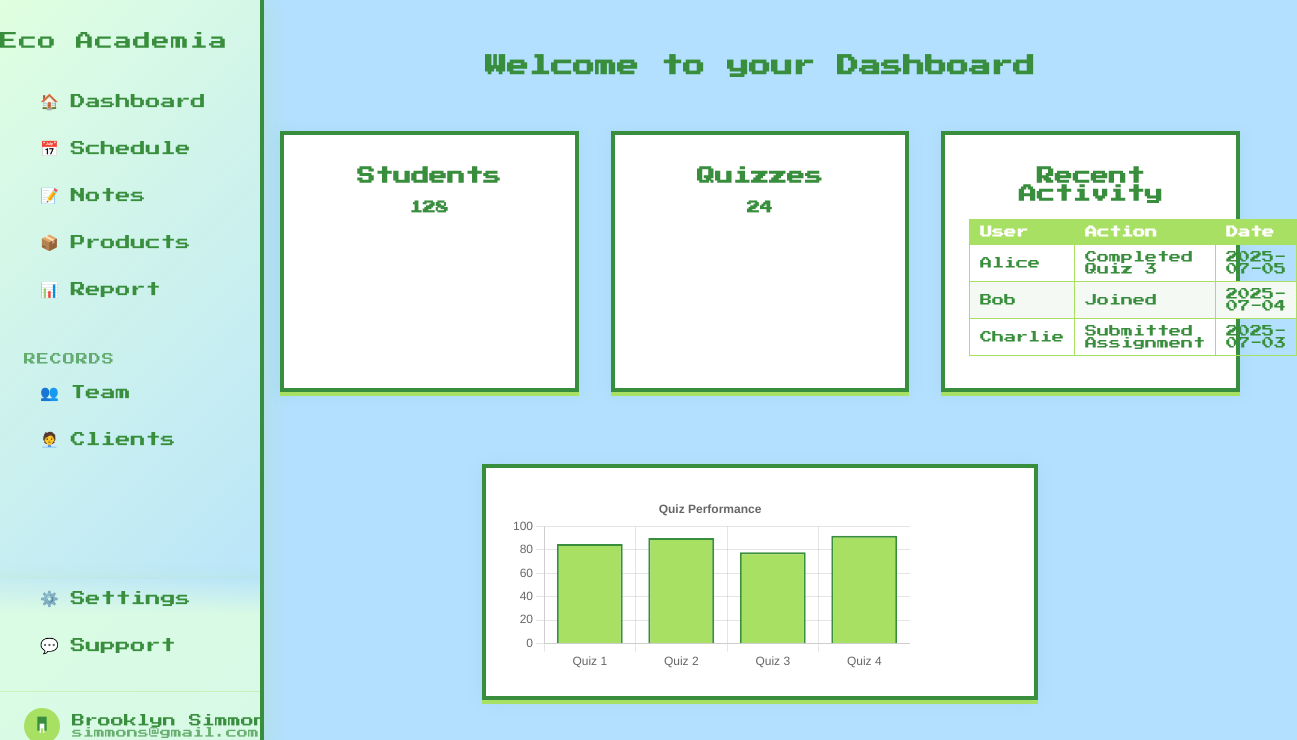
Repository: hotaruhshs/eco-academia
Page: admin/dashboard.html
These files come from the project's save history. The page is drawn as it stood at one moment and after the next save; the edit follows.
The browser window is 1280 px wide. The page is 1297 px wide, so the pictures cover 1297 px, including what lies to the right of the window. The pictures show the whole page.

Above is the page before, as saved 2025-07-06 02:03:26.

### admin/dashboard.html
<!DOCTYPE html>
<html lang="en">
  <head>
    <meta charset="UTF-8" />
    <meta name="viewport" content="width=device-width, initial-scale=1.0" />
    <title>Eco Academia Dashboard</title>
    <link rel="stylesheet" href="css/dashboard.css" />
    <link
      href="https://fonts.googleapis.com/css2?family=Press+Start+2P&display=swap"
      rel="stylesheet"
    />
  </head>
  <body>
    <div class="sidebar">
      <div class="sidebar-header">
        <span class="sidebar-title">Eco Academia</span>
      </div>
      <div class="sidebar-content">
        <div class="sidebar-section">
          <ul>
            <li>
              <a href="#"><span>🏠</span> Dashboard</a>
            </li>
            <li>
              <a href="#"><span>📅</span> Schedule</a>
            </li>
            <li>
              <a href="#"><span>📝</span> Notes</a>
            </li>
            <li>
              <a href="#"><span>📦</span> Products</a>
            </li>
            <li>
              <a href="#"><span>📊</span> Report</a>
            </li>
          </ul>
        </div>
        <div class="sidebar-section">
          <div class="sidebar-section-title">RECORDS</div>
          <ul>
            <li>
              <a href="#"><span>👥</span> Team</a>
            </li>
            <li>
              <a href="#"><span>🧑‍💼</span> Clients</a>
            </li>
          </ul>
        </div>
      </div>
      <div class="sidebar-bottom">
        <div class="sidebar-section">
          <ul>
            <li>
              <a href="#"><span>⚙️</span> Settings</a>
            </li>
            <li>
              <a href="#"><span>💬</span> Support</a>
            </li>
          </ul>
        </div>
        <div class="sidebar-profile">
          <div class="sidebar-profile-img">
            <img
              src="images/leaf.svg"
              alt="Profile"
              width="28"
              height="28"
              style="image-rendering: pixelated"
            />
          </div>
          <div class="sidebar-profile-info">
            <span class="sidebar-profile-name">Brooklyn Simmons</span>
            <span class="sidebar-profile-email">simmons@gmail.com</span>
          </div>
        </div>
      </div>
    </div>
    <div class="main-content">
      <h1>Welcome to your Dashboard</h1>
      <div class="metrics-cards">
        <div class="card metric-card">
          <h3>Students</h3>
          <p class="metric-value">128</p>
        </div>
        <div class="card metric-card">
          <h3>Quizzes</h3>
          <p class="metric-value">24</p>
        </div>
        <div class="card metric-card">
          <h3>Recent Activity</h3>
          <table class="activity-table">
            <thead>
              <tr>
                <th>User</th>
                <th>Action</th>
                <th>Date</th>
              </tr>
            </thead>
            <tbody>
              <tr>
                <td>Alice</td>
                <td>Completed Quiz 3</td>
                <td>2025-07-05</td>
              </tr>
              <tr>
                <td>Bob</td>
                <td>Joined</td>
                <td>2025-07-04</td>
              </tr>
              <tr>
                <td>Charlie</td>
                <td>Submitted Assignment</td>
                <td>2025-07-03</td>
              </tr>
            </tbody>
          </table>
        </div>
      </div>
      <div class="charts-section">
        <canvas id="progressChart" width="400" height="180"></canvas>
      </div>
    </div>
    <script src="js/dashboard.js"></script>
  </body>
</html>

### admin/css/dashboard.css
body {
  margin: 0;
  font-family: "Press Start 2P", "Segoe UI", Tahoma, Geneva, Verdana, sans-serif;
  background: #b3e0ff;
  color: #23272e;
  min-height: 100vh;
  height: 100dvh;
  /* Remove flex layout from body to allow normal block flow */
}

body::before,
body::after {
  display: none;
}
@import url("https://fonts.googleapis.com/css2?family=Press+Start+2P&display=swap");

.sidebar {
  position: fixed;
  left: 0;
  top: 0;
  width: 260px;
  min-height: 100vh;
  height: 100vh;
  display: flex;
  flex-direction: column;
  align-items: stretch;
  justify-content: flex-start;
  background: linear-gradient(135deg, #e0ffe0 0%, #b3e0ff 100%);
  color: #388e3c;
  padding: 32px 0 0 0;
  box-shadow: 4px 0 24px #a8e06333;
  border-right: 4px solid #388e3c;
  overflow-y: auto;
}
.sidebar-content {
  flex: 1 1 auto;
  display: flex;
  flex-direction: column;
  justify-content: flex-start;
}
.sidebar-bottom {
  width: 100%;
  display: flex;
  flex-direction: column;
  align-items: stretch;
  gap: 0;
  background: linear-gradient(0deg, #e0ffe0cc 80%, transparent 100%);
  box-shadow: 0 -2px 12px #a8e06322;
  padding-bottom: 8px;
  /* Fix: ensure .sidebar-bottom is always at the very bottom */
  flex-shrink: 0;
}
.sidebar-header {
  display: flex;
  align-items: center;
  gap: 12px;
  margin-bottom: 32px;
}
.sidebar-logo {
  width: 40px;
  height: 40px;
  background: #a8e063;
  border-radius: 12px;
  display: flex;
  align-items: center;
  justify-content: center;
}
.sidebar-title {
  font-family: "Press Start 2P", cursive;
  font-size: 18px;
  color: #388e3c;
  letter-spacing: 1px;
}
.sidebar-section {
  width: 100%;
  padding: 0 24px;
  margin-bottom: 18px;
  flex-shrink: 0;
}
.sidebar-section-title {
  font-size: 12px;
  color: #388e3c;
  opacity: 0.7;
  margin: 18px 0 8px 0;
  font-family: "Press Start 2P", cursive;
  letter-spacing: 1px;
}
.sidebar ul {
  list-style: none;
  padding: 0;
  margin: 0;
  width: 100%;
}
.sidebar ul li {
  margin: 0 0 8px 0;
  transition: background 0.2s, transform 0.2s;
  border-radius: 8px;
}
.sidebar ul li a {
  color: #388e3c;
  text-decoration: none;
  font-size: 15px;
  display: flex;
  align-items: center;
  gap: 12px;
  padding: 10px 16px;
  border-radius: 8px;
  font-family: "Press Start 2P", cursive;
  background: transparent;
  transition: background 0.2s, color 0.2s;
}
.sidebar ul li a:hover,
.sidebar ul li a:focus {
  background: #a8e06333;
  color: #23272e;
  outline: none;
}
.sidebar-profile {
  width: 100%;
  padding: 16px 24px 0 24px;
  display: flex;
  align-items: center;
  gap: 12px;
  border-top: 1px solid #a8e06355;
  background: transparent;
  flex-shrink: 0;
}
.sidebar-profile-img {
  width: 36px;
  height: 36px;
  border-radius: 50%;
  background: #a8e063;
  display: flex;
  align-items: center;
  justify-content: center;
  overflow: hidden;
}
.sidebar-profile-info {
  display: flex;
  flex-direction: column;
}
.sidebar-profile-name {
  font-size: 13px;
  font-family: "Press Start 2P", cursive;
  color: #388e3c;
}
.sidebar-profile-email {
  font-size: 11px;
  color: #388e3c;
  opacity: 0.7;
}
.main-content {
  margin-left: 240px;
  padding: 40px;
  max-width: none;
  width: calc(100vw - 240px);
  box-sizing: border-box;
  display: flex;
  flex-direction: column;
  align-items: center;
}
.main-content h1 {
  color: #388e3c;
  font-family: "Press Start 2P", cursive;
  font-size: 22px;
  margin-bottom: 24px;
}
.cards {
  display: grid;
  grid-template-columns: repeat(3, 1fr);
  gap: 32px;
  margin-top: 30px;
  width: 100%;
}
.metrics-cards {
  display: grid;
  grid-template-columns: repeat(3, 1fr);
  gap: 32px;
  margin-top: 30px;
  margin-bottom: 32px;
  width: 100%;
}
.card {
  background: #fff;
  border-radius: 0;
  box-shadow: 0 4px 0 #a8e063, 0 2px 16px rgba(56, 142, 60, 0.08);
  padding: 32px 24px;
  border: 4px solid #388e3c;
  color: #388e3c;
  font-family: "Press Start 2P", "Segoe UI", Tahoma, Geneva, Verdana, sans-serif;
  text-align: center;
  transition: box-shadow 0.2s, border-color 0.2s;
  position: relative;
}
.card:hover {
  box-shadow: 0 8px 0 #a8e063, 0 4px 32px rgba(56, 142, 60, 0.18);
  border-color: #a8e063;
}
.card h3 {
  margin-top: 0;
  font-size: 18px;
  color: #388e3c;
  margin-bottom: 16px;
}
.card p {
  font-size: 13px;
  color: #388e3c;
}

/* Pixel-style button */
.btn-pixel {
  font-family: "Press Start 2P", cursive;
  background: #fff;
  color: #388e3c;
  border: 3px solid #388e3c;
  padding: 10px 24px;
  border-radius: 0;
  box-shadow: 2px 2px 0 #a8e063;
  cursor: pointer;
  transition: background 0.2s, color 0.2s;
  outline: 2px solid #a8e063;
  outline-offset: -6px;
  text-transform: uppercase;
  letter-spacing: 1px;
}
.btn-pixel:hover {
  background: #388e3c;
  color: #fff;
  border-color: #a8e063;
  outline: 2px solid #388e3c;
}

::-webkit-scrollbar {
  width: 8px;
  background: #fff;
}
::-webkit-scrollbar-thumb {
  background: #a8e063;
}
.metric-card {
  min-width: 180px;
}
.metric-value {
  font-size: 32px;
  font-weight: bold;
  color: #23272e;
  margin: 16px 0 0 0;
}
.activity-table {
  width: 100%;
  border-collapse: collapse;
  margin-top: 10px;
  font-size: 12px;
}
.activity-table th,
.activity-table td {
  border: 1px solid #a8e063;
  padding: 6px 10px;
  text-align: left;
}
.activity-table th {
  background: #a8e063;
  color: #fff;
}
.activity-table tr:nth-child(even) {
  background: #f4f9f4;
}
.charts-section {
  margin-top: 40px;
  background: #fff;
  border: 4px solid #388e3c;
  box-shadow: 0 4px 0 #a8e063, 0 2px 16px rgba(56, 142, 60, 0.08);
  padding: 24px;
  border-radius: 0;
  max-width: 500px;
  width: 100%;
  margin-left: auto;
  margin-right: auto;
}

/* Hamburger menu styles */
.hamburger {
  display: none;
  flex-direction: column;
  justify-content: center;
  align-items: center;
  width: 40px;
  height: 40px;
  cursor: pointer;
  margin-left: 10px;
  z-index: 1100;
}
.hamburger span {
  display: block;
  width: 28px;
  height: 4px;
  margin: 4px 0;
  background: #388e3c;
  border-radius: 2px;
  box-shadow: 0 1px 2px #a8e06388;
  transition: 0.3s;
}

@media (max-width: 1200px) {
  .main-content {
    padding: 20px;
    max-width: 100vw;
  }
  .metrics-cards,
  .cards {
    max-width: 100vw;
    grid-template-columns: repeat(2, 1fr);
  }
  .charts-section {
    max-width: 100vw;
  }
}
@media (max-width: 1100px) {
  .metrics-cards,
  .cards {
    grid-template-columns: repeat(2, 1fr);
  }
}
@media (max-width: 900px) {
  .sidebar {
    width: 100vw;
    height: auto;
    min-height: unset;
    flex-direction: row;
    align-items: flex-start;
    padding: 0 10px;
    border-right: none;
    border-bottom: 4px solid #388e3c;
    box-shadow: 0 4px 24px #a8e06333;
  }
  .sidebar-section,
  .sidebar-profile,
  .sidebar-bottom {
    display: none;
  }
  .sidebar-header {
    margin-bottom: 0;
  }
}

### admin/js/dashboard.js
// dashboard.js
// Add interactivity here if needed
console.log('Dashboard loaded');

// Chart.js sample bar chart for progress
window.addEventListener('DOMContentLoaded', function () {
  // Hamburger menu functionality
  const hamburger = document.getElementById('hamburgerMenu');
  const sidebarLinks = document.getElementById('sidebarLinks');
  if (hamburger && sidebarLinks) {
    hamburger.addEventListener('click', function () {
      sidebarLinks.classList.toggle('active');
    });
    hamburger.addEventListener('keydown', function(e) {
      if (e.key === 'Enter' || e.key === ' ') {
        e.preventDefault();
        sidebarLinks.classList.toggle('active');
      }
    });
  }

  if (document.getElementById('progressChart')) {
    const ctx = document.getElementById('progressChart').getContext('2d');
    // Load Chart.js from CDN if not present
    if (typeof Chart === 'undefined') {
      const script = document.createElement('script');
      script.src = 'https://cdn.jsdelivr.net/npm/chart.js';
      script.onload = () => renderChart(ctx);
      document.head.appendChild(script);
    } else {
      renderChart(ctx);
    }
  }
});

function renderChart(ctx) {
  new Chart(ctx, {
    type: 'bar',
    data: {
      labels: ['Quiz 1', 'Quiz 2', 'Quiz 3', 'Quiz 4'],
      datasets: [{
        label: 'Average Score',
        data: [85, 90, 78, 92],
        backgroundColor: '#a8e063',
        borderColor: '#388e3c',
        borderWidth: 2
      }]
    },
    options: {
      responsive: false,
      plugins: {
        legend: { display: false },
        title: { display: true, text: 'Quiz Performance' }
      },
      scales: {
        y: { beginAtZero: true, max: 100 }
      }
    }
  });
}

After the next save:
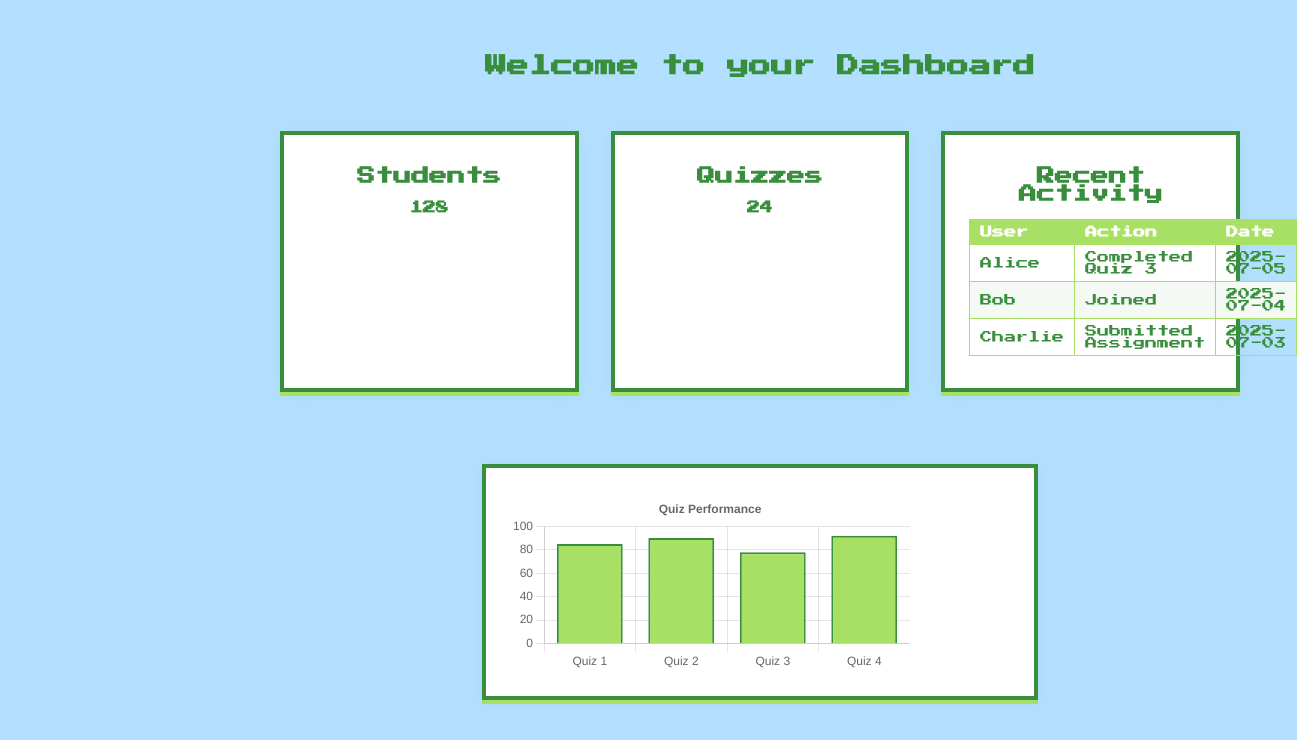
Saved 44 s later.
--- a/admin/dashboard.html
+++ b/admin/dashboard.html
@@ -11,70 +11,6 @@
     />
   </head>
   <body>
-    <div class="sidebar">
-      <div class="sidebar-header">
-        <span class="sidebar-title">Eco Academia</span>
-      </div>
-      <div class="sidebar-content">
-        <div class="sidebar-section">
-          <ul>
-            <li>
-              <a href="#"><span>🏠</span> Dashboard</a>
-            </li>
-            <li>
-              <a href="#"><span>📅</span> Schedule</a>
-            </li>
-            <li>
-              <a href="#"><span>📝</span> Notes</a>
-            </li>
-            <li>
-              <a href="#"><span>📦</span> Products</a>
-            </li>
-            <li>
-              <a href="#"><span>📊</span> Report</a>
-            </li>
-          </ul>
-        </div>
-        <div class="sidebar-section">
-          <div class="sidebar-section-title">RECORDS</div>
-          <ul>
-            <li>
-              <a href="#"><span>👥</span> Team</a>
-            </li>
-            <li>
-              <a href="#"><span>🧑‍💼</span> Clients</a>
-            </li>
-          </ul>
-        </div>
-      </div>
-      <div class="sidebar-bottom">
-        <div class="sidebar-section">
-          <ul>
-            <li>
-              <a href="#"><span>⚙️</span> Settings</a>
-            </li>
-            <li>
-              <a href="#"><span>💬</span> Support</a>
-            </li>
-          </ul>
-        </div>
-        <div class="sidebar-profile">
-          <div class="sidebar-profile-img">
-            <img
-              src="images/leaf.svg"
-              alt="Profile"
-              width="28"
-              height="28"
-              style="image-rendering: pixelated"
-            />
-          </div>
-          <div class="sidebar-profile-info">
-            <span class="sidebar-profile-name">Brooklyn Simmons</span>
-            <span class="sidebar-profile-email">simmons@gmail.com</span>
-          </div>
-        </div>
-      </div>
-    </div>
     <div class="main-content">
       <h1>Welcome to your Dashboard</h1>
       <div class="metrics-cards">
